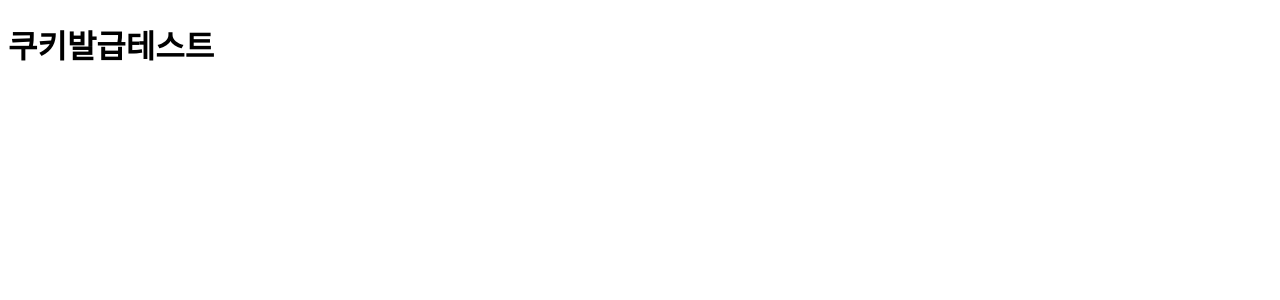
Repository: ChimmyWorld/JSP
Page: http://localhost/Day53/ex04_result.jsp
An editor plug-in stored every save of this project. The page is shown before and after the next save, followed by the edit.
The browser window is 1280 px wide. The pictures show the whole page.
The page is served by Tomcat 9.

Above is the page before, as saved 2023-09-22 02:42:21.

After the next save:
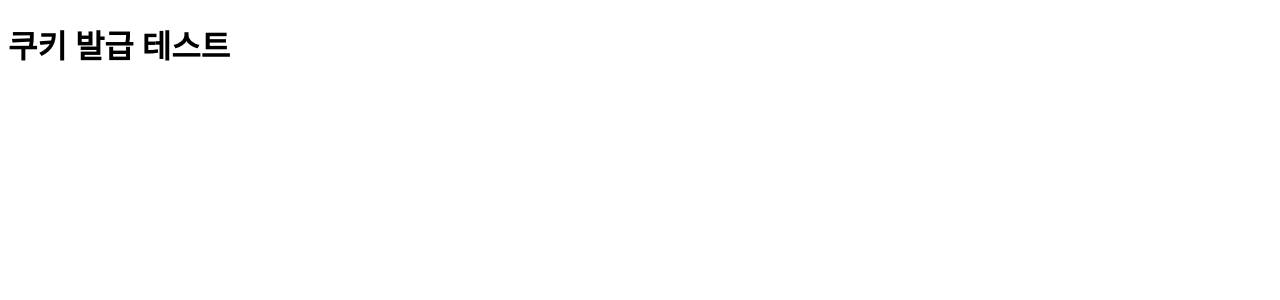
Saved 6 s later.
--- a/Day53/WebContent/ex04_result.jsp
+++ b/Day53/WebContent/ex04_result.jsp
@@ -7,6 +7,6 @@
 <title>ex04_result.jsp</title>
 </head>
 <body>
-	<h1>쿠키발급테스트</h1>
+	<h1>쿠키 발급 테스트</h1>
 </body>
 </html>
